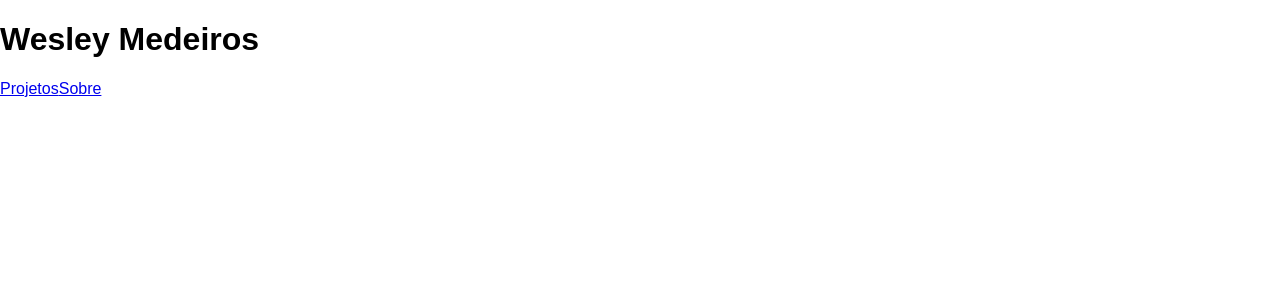
Repository: Luandro-com/wmedeiros
Page: /contato
The author's editor kept a copy of each file at every save. The page is drawn from the files as they stood at one save, then again after the next save.
The browser window is 1280 px wide. The pictures show the whole page.
The project was rebuilt for these pictures with package versions that can differ from the ones it lists, and the page was loaded fresh each time. Also part of the build but not shown: src/components/Header.css.

Above is the page before, as saved 2018-01-30 16:51:09.

After the next save:
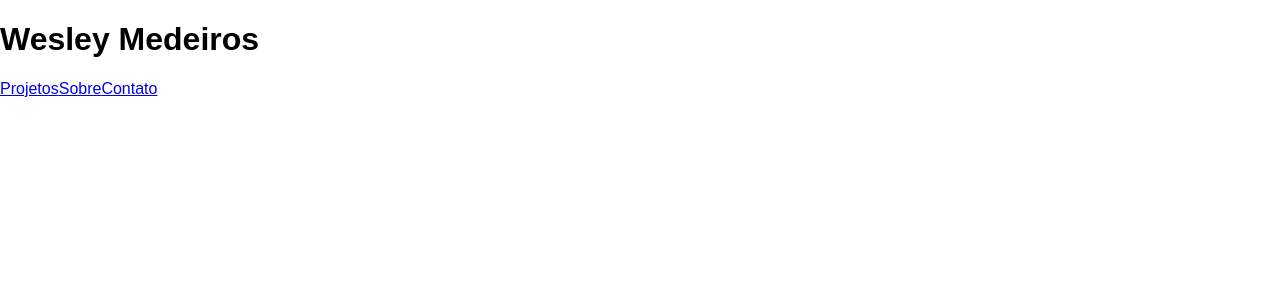
Saved 12 s later.
--- a/src/components/Header.js
+++ b/src/components/Header.js
@@ -8,6 +8,7 @@
     <div className="Header-nav">
       <Link to="/">Projetos</Link>
       <Link to="/about">Sobre</Link>
+      <Link to="/contact">Contato</Link>
     </div>
   </header>
 );
